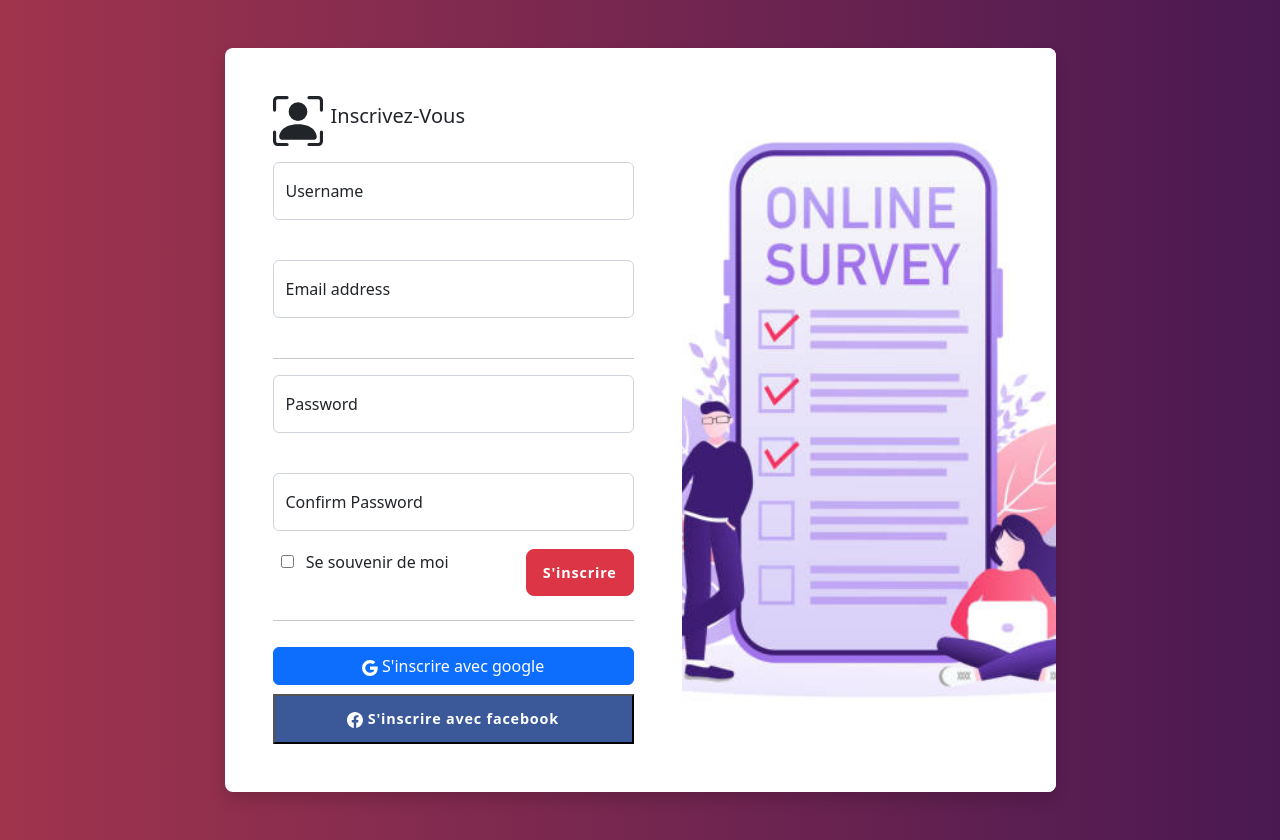
Repository: Djiamil/testsMoustaphaDER
Page: index.html
These files come from the project's save history. The page is drawn as it stood at one moment and after a run of saves; the edit follows.
The browser window is 1280 px wide. The pictures show the whole page.

Above is the page before, as saved 2022-12-09 00:16:01.

### index.html
<!DOCTYPE html>
<html lang="en">
<head>
    <meta charset="UTF-8">
    <meta http-equiv="X-UA-Compatible" content="IE=edge">
    <meta name="viewport" content="width=device-width, initial-scale=1.0">
    <title>Formulaire d'inscription Futur Digital</title>
    <link rel="stylesheet" href="https://cdn.jsdelivr.net/npm/bootstrap@5.2.3/dist/css/bootstrap.min.css" integrity="sha384-rbsA2VBKQhggwzxH7pPCaAqO46MgnOM80zW1RWuH61DGLwZJEdK2Kadq2F9CUG65" crossorigin="anonymous">
    <link rel="stylesheet" href="style.css">
</head>
<body>
    <div class="container">
        <div class="row">
          <div class="col-lg-10 col-xl-9 mx-auto">
            <div class="card flex-row my-5 border-0 shadow rounded-3 overflow-hidden">
                <div class="card-body p-4 p-sm-5">
                    <div class="d-flex">
                        <svg xmlns="http://www.w3.org/2000/svg" width="50" height="50" fill="currentColor" class="bi bi-person-bounding-box mb-3" viewBox="0 0 16 16">
                            <path d="M1.5 1a.5.5 0 0 0-.5.5v3a.5.5 0 0 1-1 0v-3A1.5 1.5 0 0 1 1.5 0h3a.5.5 0 0 1 0 1h-3zM11 .5a.5.5 0 0 1 .5-.5h3A1.5 1.5 0 0 1 16 1.5v3a.5.5 0 0 1-1 0v-3a.5.5 0 0 0-.5-.5h-3a.5.5 0 0 1-.5-.5zM.5 11a.5.5 0 0 1 .5.5v3a.5.5 0 0 0 .5.5h3a.5.5 0 0 1 0 1h-3A1.5 1.5 0 0 1 0 14.5v-3a.5.5 0 0 1 .5-.5zm15 0a.5.5 0 0 1 .5.5v3a1.5 1.5 0 0 1-1.5 1.5h-3a.5.5 0 0 1 0-1h3a.5.5 0 0 0 .5-.5v-3a.5.5 0 0 1 .5-.5z"/>
                            <path d="M3 14s-1 0-1-1 1-4 6-4 6 3 6 4-1 1-1 1H3zm8-9a3 3 0 1 1-6 0 3 3 0 0 1 6 0z"/>
                        </svg>
                        <h5 class="card-title text-center m-2 fw-light fs-5">Inscrivez-Vous</h5>
                    </div>
                    <form class="form" id="form">

                    <div class="form-floating mb-3">
                        <label for="floatingInputUsername">Username</label>
                        <input type="text" class="form-control" id="username" placeholder="Enter username">
                        <small>Error message</small>
                    </div>

                    <div class="form-floating mb-3">
                        <label for="floatingInputEmail">Email address</label>
                        <input type="text" class="form-control" id="email" placeholder="Enter email">
                        <small>Error message</small>
                    </div>

                    <hr>

                    <div class="form-floating mb-3">
                        <label for="floatingPassword">Password</label>
                        <input type="password" class="form-control" id="password" placeholder="Enter password">
                        <small>Error message</small>
                    </div>

                    <div class="form-floating mb-3">
                        <label for="floatingPasswordConfirm">Confirm Password</label>
                        <input type="password" class="form-control" id="password2" placeholder="Confirm your password">
                    </div>

                    <div class="d-grid mb-2 w-100 d-flex justify-content-between">
                        <div>
                            <input type="checkbox" value="" class="m-2">
                            Se souvenir de moi
                        </div>
                        <button class="btn btn-lg btn-danger btn-login fw-bold  mr-25">S'inscrire</button>
                    </div>

                    <hr class="my-4">

                    <div class="d-grid mb-2">
                        <button class="btn btn-primary" type="submit">
                            <svg xmlns="http://www.w3.org/2000/svg" width="16" height="16" fill="currentColor" class="bi bi-google" viewBox="0 0 16 16">
                                <path d="M15.545 6.558a9.42 9.42 0 0 1 .139 1.626c0 2.434-.87 4.492-2.384 5.885h.002C11.978 15.292 10.158 16 8 16A8 8 0 1 1 8 0a7.689 7.689 0 0 1 5.352 2.082l-2.284 2.284A4.347 4.347 0 0 0 8 3.166c-2.087 0-3.86 1.408-4.492 3.304a4.792 4.792 0 0 0 0 3.063h.003c.635 1.893 2.405 3.301 4.492 3.301 1.078 0 2.004-.276 2.722-.764h-.003a3.702 3.702 0 0 0 1.599-2.431H8v-3.08h7.545z"/>
                              </svg> S'inscrire avec google
                        </button>
                    </div>

                    <div class="d-grid">
                        <button class="btn-facebook btn-login fw-bold " type="submit">
                            <svg xmlns="http://www.w3.org/2000/svg" width="16" height="16" fill="currentColor" class="bi bi-facebook" viewBox="0 0 16 16">
                                <path d="M16 8.049c0-4.446-3.582-8.05-8-8.05C3.58 0-.002 3.603-.002 8.05c0 4.017 2.926 7.347 6.75 7.951v-5.625h-2.03V8.05H6.75V6.275c0-2.017 1.195-3.131 3.022-3.131.876 0 1.791.157 1.791.157v1.98h-1.009c-.993 0-1.303.621-1.303 1.258v1.51h2.218l-.354 2.326H9.25V16c3.824-.604 6.75-3.934 6.75-7.951z"/>
                            </svg>
                            S'inscrire avec facebook
                        </button>
                    </div>
                    </form>
                </div>
                <div class="card-img-left d-none d-md-flex">
                    <!-- Background image for card set in CSS! -->
                  </div>
            </div>
        </div>
    </div>
<script src="https://cdn.jsdelivr.net/npm/bootstrap@5.2.3/dist/js/bootstrap.min.js" integrity="sha384-cuYeSxntonz0PPNlHhBs68uyIAVpIIOZZ5JqeqvYYIcEL727kskC66kF92t6Xl2V" crossorigin="anonymous"></script>
<script src="script.js"></script>
</body>
</html>

### style.css
@import url('https://fonts.googleapis.com/css2?family=Open+Sans:wght@300&display=swap');
:root{
  --success-color: #2ecc71;
  --error-color: #e74c3c;
}
body {
    background: #a0344d;
    background: linear-gradient(to right, #a0344d, #4a1952);
  }

  .card-img-left {
    width: 45%;
    /* Link to your background image using in the property below! */
    background: scroll center url('./image/ins.jpg');
    background-size: cover;
  }

  .btn-login {
    font-size: 0.9rem;
    letter-spacing: 0.05rem;
    padding: 0.75rem 1rem;
  }

  .btn-google {
    color: white !important;
    background-color: #ea4335;
  }

  .btn-facebook {
    color: white !important;
    background-color: #3b5998;
  }
  .form-floating input:focus{
    outline: 0;
    border-color: #777;
}

.form-floating.success input{
    border-color: var(--success-color);
    margin: 2rem;
}

.form-floating.error input{
    border-color: var(--error-color);
}

  .form-floating small{
    color: var(--error-color);
    bottom: 0;
    left: 0;
    visibility: hidden;
}

.form-floating.error small{
    visibility: visible;
}
button{
  position:relative;
  margin-top: 0.1rem;
}

### script.js
const form = document.getElementById('form');
const username = document.getElementById('username');
const email = document.getElementById('email');
const password = document.getElementById('password');
const password2 = document.getElementById('password2');


function showError(input, message) {//Afficher les messages d'erreur
    const formControl = input.parentElement;
    formControl.className = 'form-floating error';
    const small = formControl.querySelector('small');
    small.innerText = message;
}

function showSuccess(input) {
    const formControl = input.parentElement;
    formControl.className = 'form-floating success';
}

function checkEmail(input) {//Tester si l'email est valide :  javascript : valid email
    const re = /^(([^<>()\[\]\\.,;:\s@"]+(\.[^<>()\[\]\\.,;:\s@"]+)*)|(".+"))@((\[[0-9]{1,3}\.[0-9]{1,3}\.[0-9]{1,3}\.[0-9]{1,3}\])|(([a-zA-Z\-0-9]+\.)+[a-zA-Z]{2,}))$/;

    if (re.test(input.value.trim().toLowerCase())) {
        showSuccess(input);
    } else {
        showError(input,`Email is not valid!`);
    }
}

function checkRequired(inputArray) {// Tester si les champs ne sont pas vides
    inputArray.forEach(input => {
        if (input.value.trim() === '') {
            showError(input,`${getFieldName(input)} is required`);
        }else{
            showSuccess(input);
        }
    });
}

//
function getFieldName(input) {//Retour le nom de chaque input en se basant sur son id
    return input.id.charAt(0).toUpperCase() + input.id.slice(1);
}
//

//
function checkLength(input, min, max) {//Tester la longueur de la valeur  d'un input
    if(input.value.length < min){
        showError(input, `${getFieldName(input)} must be at least ${min} characters!`)
    }else if(input.value.length > max){
        showError(input, `${getFieldName(input)} must be less than ${max} characters !`);
    }else{
        showSuccess(input);
    }
}
//
function checkPasswordMatch(input1, input2) {//Verifie la conformité des password
    if (input1.value !== input2.value) {
        showError(input2, 'Passwords do not match!');
    }
}

form.addEventListener('submit',function(e){
    e.preventDefault();//Bloquer la soumission du formulaire


    checkRequired([username, email, password, password2]);
    //
    checkLength(username, 3, 15);
    checkLength(password, 6, 25);
    checkEmail(email);
    checkPasswordMatch(password,password2);


    /*
    function isValidEmail(email) {//Tester si l'email est valide
    const re = /^(([^<>()\[\]\\.,;:\s@"]+(\.[^<>()\[\]\\.,;:\s@"]+)*)|(".+"))@((\[[0-9]{1,3}\.[0-9]{1,3}\.[0-9]{1,3}\.[0-9]{1,3}\])|(([a-zA-Z\-0-9]+\.)+[a-zA-Z]{2,}))$/;
    return re.test(String(email).toLowerCase());
}
*/
});

After the next 4 saves:
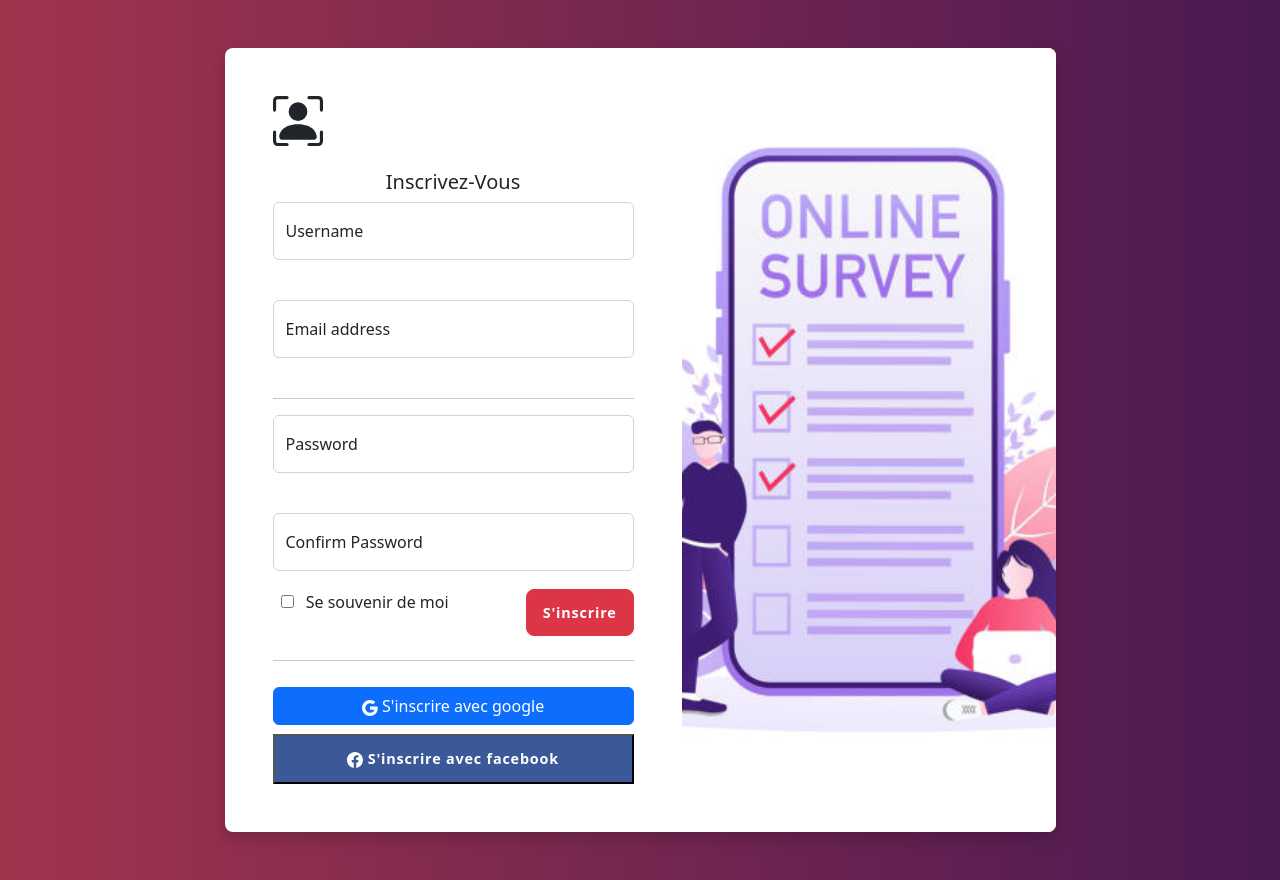
The 4 saves are shown as one change because they came seconds apart.
The last was saved 23 s later.
--- a/index.html
+++ b/index.html
@@ -14,7 +14,7 @@
           <div class="col-lg-10 col-xl-9 mx-auto">
             <div class="card flex-row my-5 border-0 shadow rounded-3 overflow-hidden">
                 <div class="card-body p-4 p-sm-5">
-                    <div class="d-flex">
+                    <div class="d-flex flex-column">
                         <svg xmlns="http://www.w3.org/2000/svg" width="50" height="50" fill="currentColor" class="bi bi-person-bounding-box mb-3" viewBox="0 0 16 16">
                             <path d="M1.5 1a.5.5 0 0 0-.5.5v3a.5.5 0 0 1-1 0v-3A1.5 1.5 0 0 1 1.5 0h3a.5.5 0 0 1 0 1h-3zM11 .5a.5.5 0 0 1 .5-.5h3A1.5 1.5 0 0 1 16 1.5v3a.5.5 0 0 1-1 0v-3a.5.5 0 0 0-.5-.5h-3a.5.5 0 0 1-.5-.5zM.5 11a.5.5 0 0 1 .5.5v3a.5.5 0 0 0 .5.5h3a.5.5 0 0 1 0 1h-3A1.5 1.5 0 0 1 0 14.5v-3a.5.5 0 0 1 .5-.5zm15 0a.5.5 0 0 1 .5.5v3a1.5 1.5 0 0 1-1.5 1.5h-3a.5.5 0 0 1 0-1h3a.5.5 0 0 0 .5-.5v-3a.5.5 0 0 1 .5-.5z"/>
                             <path d="M3 14s-1 0-1-1 1-4 6-4 6 3 6 4-1 1-1 1H3zm8-9a3 3 0 1 1-6 0 3 3 0 0 1 6 0z"/>
